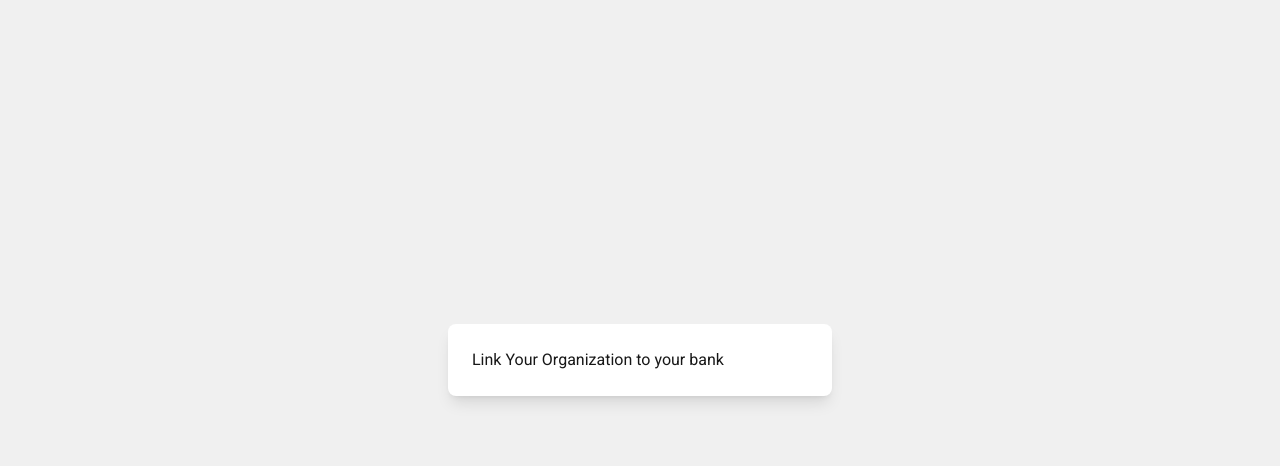
Repository: Nathan-spec/link_to_org
Page: /
The author's editor kept a copy of each file at every save. The page is drawn from the files as they stood at one save, then again after a run of saves.
The browser window is 1280 px wide. The pictures show the whole page.
The project was rebuilt for these pictures with package versions that can differ from the ones it lists, and the page was loaded fresh each time. The framework's server and built-in components were replaced by stand-ins that run in the browser. Also part of the build but not shown: next.config.ts.

Above is the page before, as saved 2024-10-25 13:09:39.

After the next 2 saves:
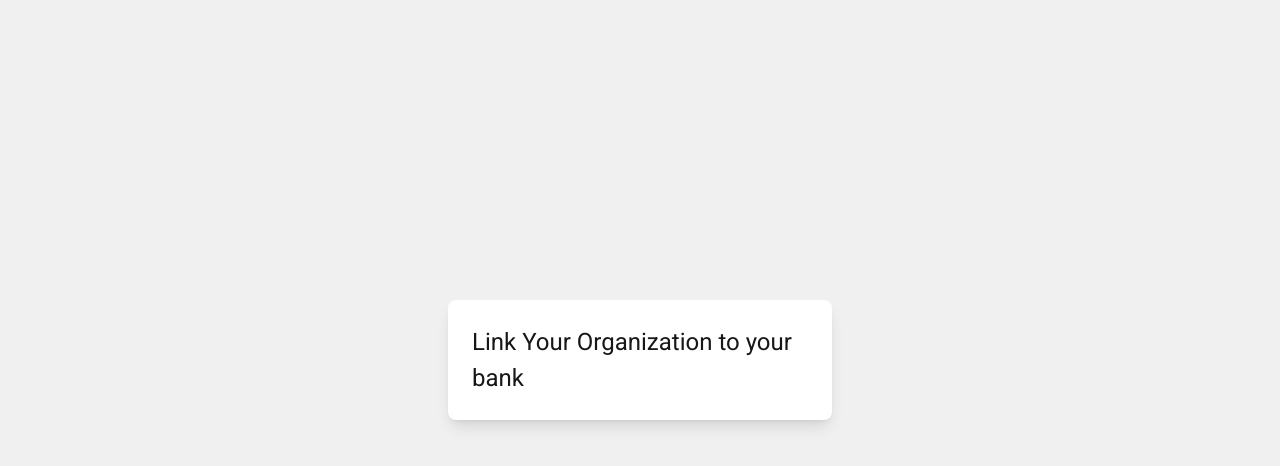
The 2 saves are shown as one change because they came seconds apart.
The last was saved 5 s later.
--- a/app/page.tsx
+++ b/app/page.tsx
@@ -14,7 +14,7 @@ export default function Home() {
     >
       <div className={`w-96 p-6 bg-white rounded-lg shadow-lg ${roboto.className}`}>
       {/* Inner card component */}
-       <h1 style={{fontSize: ''}}> Link Your Organization to your bank </h1>
+       <h1 style={{fontSize: '24px', }}> Link Your Organization to your bank </h1>
       </div>
     </div>
   );
